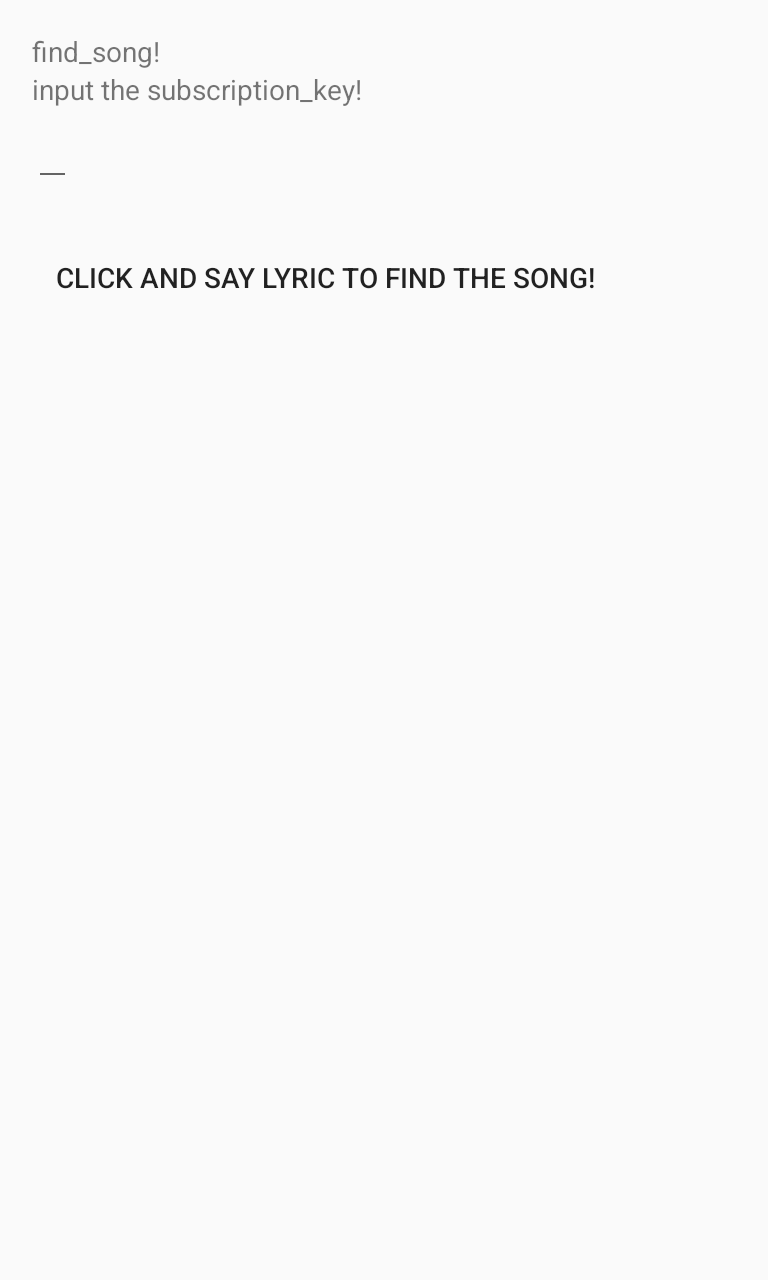
Repository: lyfhallelujah/nj
Layout: sound/sound/res/layout/activity_main.xml
These files come from the project's save history. The layout is drawn as it stood at one moment and after the next save; the edit follows.
It is drawn on a 768 x 1280 px phone screen (xhdpi) without system bars, with theme AppTheme; the app's code is not run. Lists and similar views that code fills are empty.

Above is the layout before, as saved 2015-12-01 15:43:29.

After the next save:
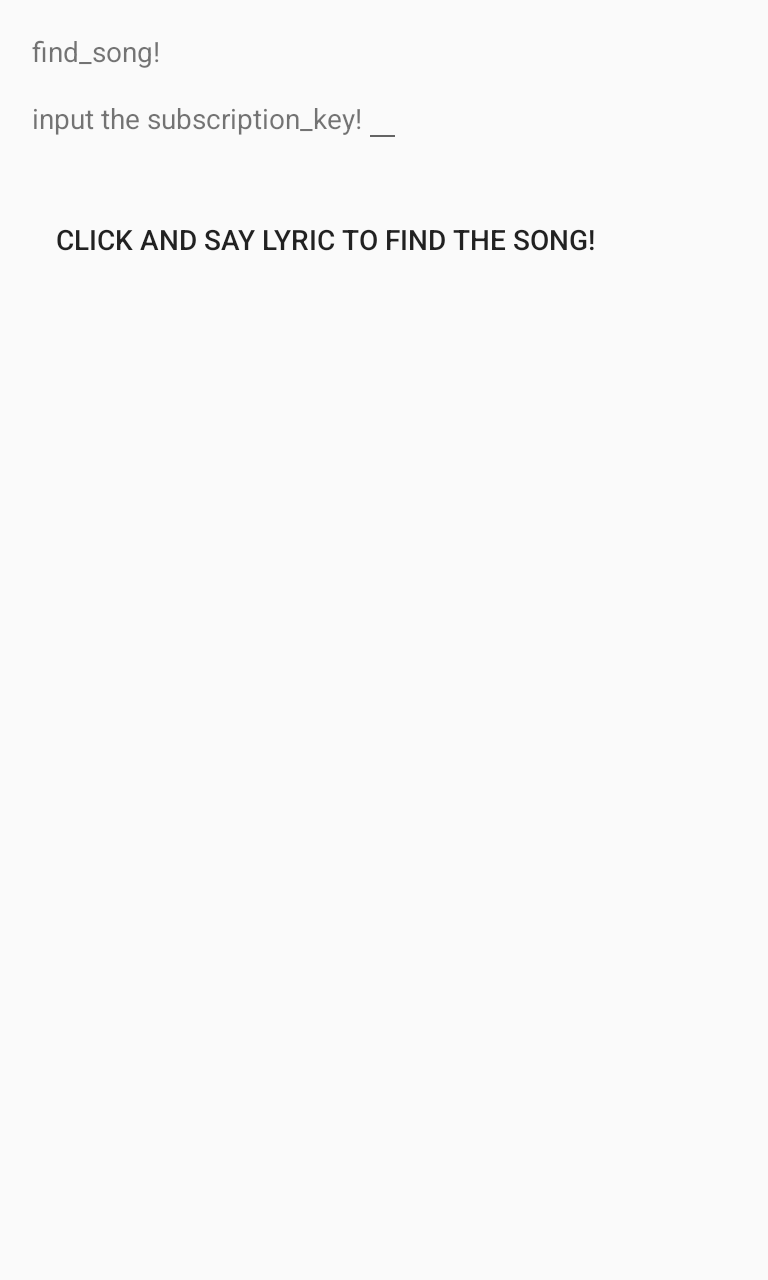
Saved 47 s later.
--- a/sound/sound/res/layout/activity_main.xml
+++ b/sound/sound/res/layout/activity_main.xml
@@ -15,6 +15,10 @@
         android:layout_height="wrap_content"
         android:text="find_song!" />
 
+    	<LinearLayout
+            android:layout_width="fill_parent"
+        	android:layout_height="wrap_content"
+        	android:orientation="vetical"  >
     	<TextView
         android:layout_width="wrap_content"
         android:layout_height="wrap_content"
@@ -26,6 +30,7 @@
         android:layout_height="wrap_content"
         android:text="" />
 
+    	</LinearLayout>
     	<TextView
         android:id="@+id/ceshi"
         android:layout_width="wrap_content"
